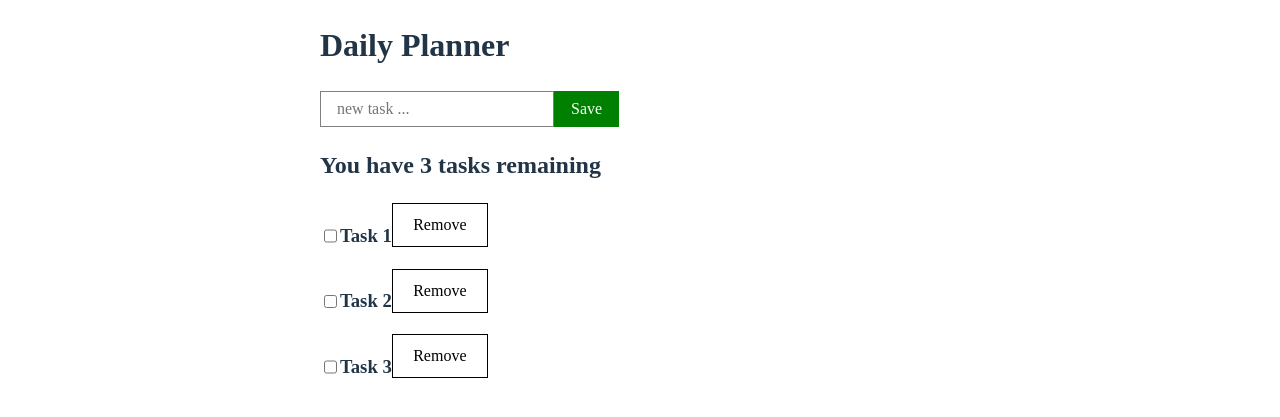
Repository: SamanthaYan298/my_planner
Page: /
The author's editor kept a copy of each file at every save. The page is drawn from the files as they stood at one save, then again after the next save.
The browser window is 1280 px wide. The pictures show the whole page.
The project was rebuilt for these pictures with package versions that can differ from the ones it lists, and the page was loaded fresh each time. Also part of the build but not shown: vite.config.js.

Above is the page before, as saved 2024-10-08 00:48:50.

After the next save:
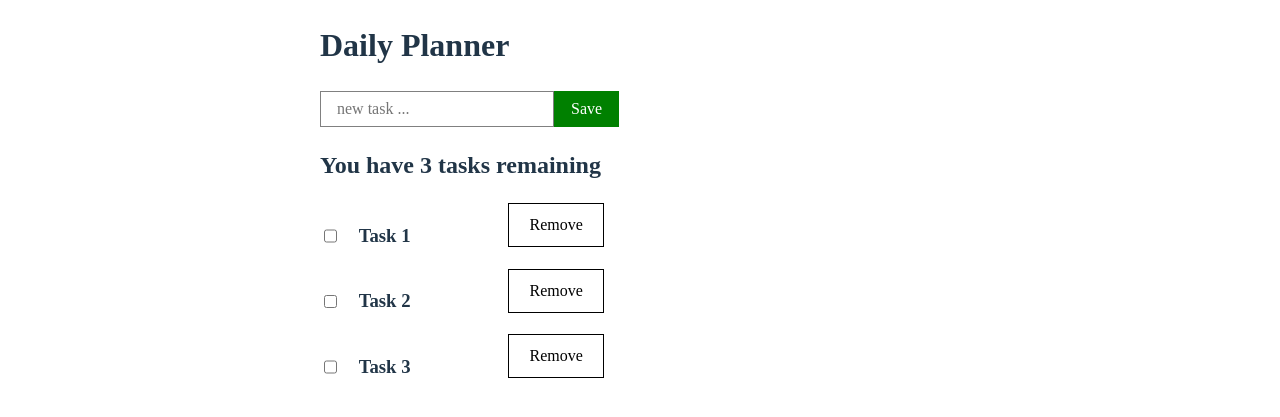
Saved 30 s later.
--- a/src/App.css
+++ b/src/App.css
@@ -44,6 +44,11 @@
   font-size: 1em;
 }
 
+div h3 {
+  margin-left: 1em;
+  min-width: 50%;
+}
+
 .checked {
   color: grey;
   text-decoration: line-through;
